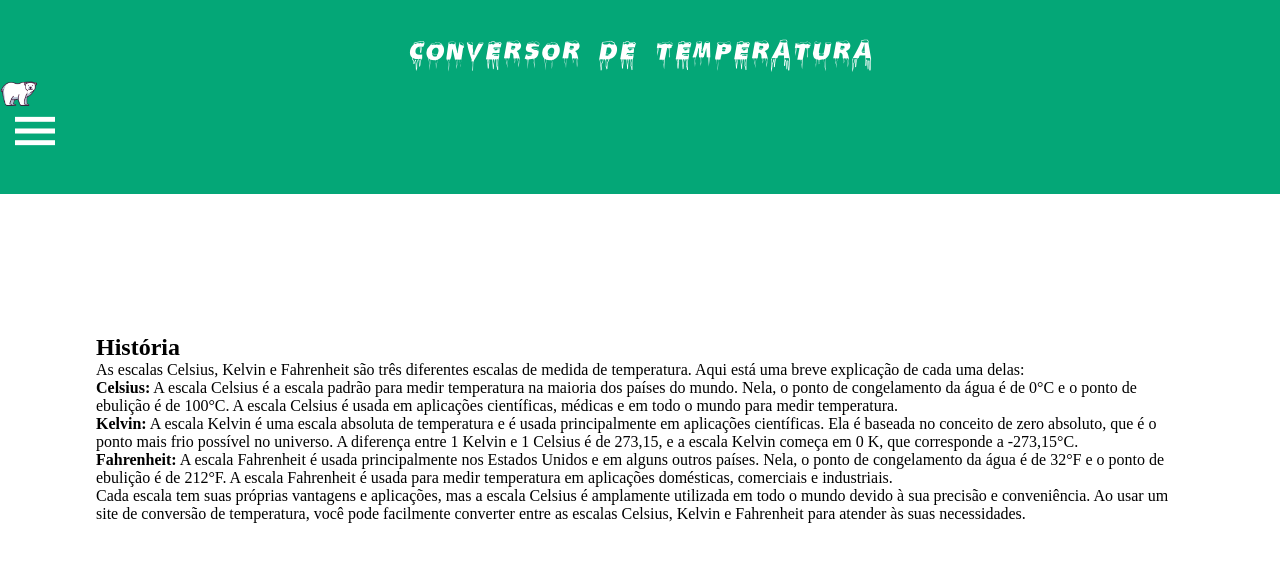
Repository: Leonngc/Conversor-de-temperatura
Page: history.html
The author's editor kept a copy of each file at every save. The page is drawn from the files as they stood at one save, then again after the next save.
The browser window is 1280 px wide. The pictures show the whole page.
Some web libraries are served in a nearby version.

Above is the page before, as saved 2023-02-12 00:49:53.

### history.html
<!DOCTYPE html>
<html lang="pt-br">
  <head>
    <meta charset="UTF-8" />
    <meta http-equiv="X-UA-Compatible" content="IE=edge" />
    <meta name="viewport" content="width=device-width, initial-scale=1.0" />
    <link
      rel="stylesheet"
      href="https://cdn-uicons.flaticon.com/uicons-bold-straight/css/uicons-bold-straight.css"
    />
    <link
      rel="stylesheet"
      href="https://cdn-uicons.flaticon.com/uicons-brands/css/uicons-brands.css"
    />
    <link rel="stylesheet" href="history.css" />
    <script src="scripts/menu.js" defer></script>
    <title>História</title>
  </head>
  <body>
    <header>
      <h1>Conversor de Temperatura</h1>
      <img src="image/urso-polar.png" alt="" /><button id="menu-button">
        <i class="fi fi-bs-menu-burger"></i>
      </button>

      <menu>
        <ul id="links-menu">
          <li><a href="about.html">Sobre a página</a></li>
          <li><a href="history.html">História</a></li>
          <li><a href="projects.html">Outros Projetos</a></li>
        </ul>
      </menu>
    </header>
    <main>
      <h2>História</h2>
      <article>
        <p>
          As escalas Celsius, Kelvin e Fahrenheit são três diferentes escalas de
          medida de temperatura. Aqui está uma breve explicação de cada uma
          delas:
        </p>

        <p>
          <strong>Celsius:</strong> A escala Celsius é a escala padrão para
          medir temperatura na maioria dos países do mundo. Nela, o ponto de
          congelamento da água é de 0°C e o ponto de ebulição é de 100°C. A
          escala Celsius é usada em aplicações científicas, médicas e em todo o
          mundo para medir temperatura.
        </p>

        <p>
          <strong>Kelvin:</strong> A escala Kelvin é uma escala absoluta de
          temperatura e é usada principalmente em aplicações científicas. Ela é
          baseada no conceito de zero absoluto, que é o ponto mais frio possível
          no universo. A diferença entre 1 Kelvin e 1 Celsius é de 273,15, e a
          escala Kelvin começa em 0 K, que corresponde a -273,15°C.
        </p>
        <p>
          <strong>Fahrenheit:</strong> A escala Fahrenheit é usada
          principalmente nos Estados Unidos e em alguns outros países. Nela, o
          ponto de congelamento da água é de 32°F e o ponto de ebulição é de
          212°F. A escala Fahrenheit é usada para medir temperatura em
          aplicações domésticas, comerciais e industriais.
        </p>
        <p>
          Cada escala tem suas próprias vantagens e aplicações, mas a escala
          Celsius é amplamente utilizada em todo o mundo devido à sua precisão e
          conveniência. Ao usar um site de conversão de temperatura, você pode
          facilmente converter entre as escalas Celsius, Kelvin e Fahrenheit
          para atender às suas necessidades.
        </p>
      </article>
    </main>
  </body>
</html>

### history.css
@charset "UTF-8";
@import url('https://fonts.googleapis.com/css2?family= Dosis:wght@300 & display = swap');
@font-face {
    font-family: Title;
    src: url(fonts/IceCaps.ttf);
}

:root{
    --yellow: #F7FF58;
    --snow: #FBFBFF;
    --blackout: #040F16;
    --dosis: 'Dosis', sans-serif;
}

*{
    margin: 0;
    padding: 0;
    box-sizing: border-box;
}

header{
    background-color: #04A777;
    margin-bottom: 140px;
    max-width: 100vw;
    color: white;
    height: 27vh;
}

header > img{
    display: block;
    width: 38px;
}

header > h1{
    font-family: Title, sans-serif;
    font-weight: lighter;
    text-align: center;
    font-size: 35px;
    padding-top: 40px;
}

menu{
    background-color: #05C78D;
    padding: 10px;
    max-width: 100vw;
    display: none;
}

menu > ul{
    margin-left: 20px;
    font-size: 20px;
    font-family: var(--dosis);
    font-weight: bold;
    color: white;
}

menu > ul > li{
    padding: 5px;
}

li > a{
    text-decoration: none;
    color: #FBFBFF;
}

li > a:hover{
    color: #03583e;
    text-decoration: underline;
}

#menu-button{
    background-color: #03583e00;
    border: none;
    color: white;
    font-size: 40px;
    margin-left: 15px;
    margin-bottom: 12px;
}

main{
    margin: auto;
    width: 85vw;
}

### scripts/menu.js
const menu = document.getElementById('menu-button');
const linkMenu = document.querySelector('menu')


menu.addEventListener('click', event =>{


    if(linkMenu.style.display =='none'){
        linkMenu.style.display = 'block'
    }else{
           linkMenu.style.display = 'none';
    }
})

After the next save:
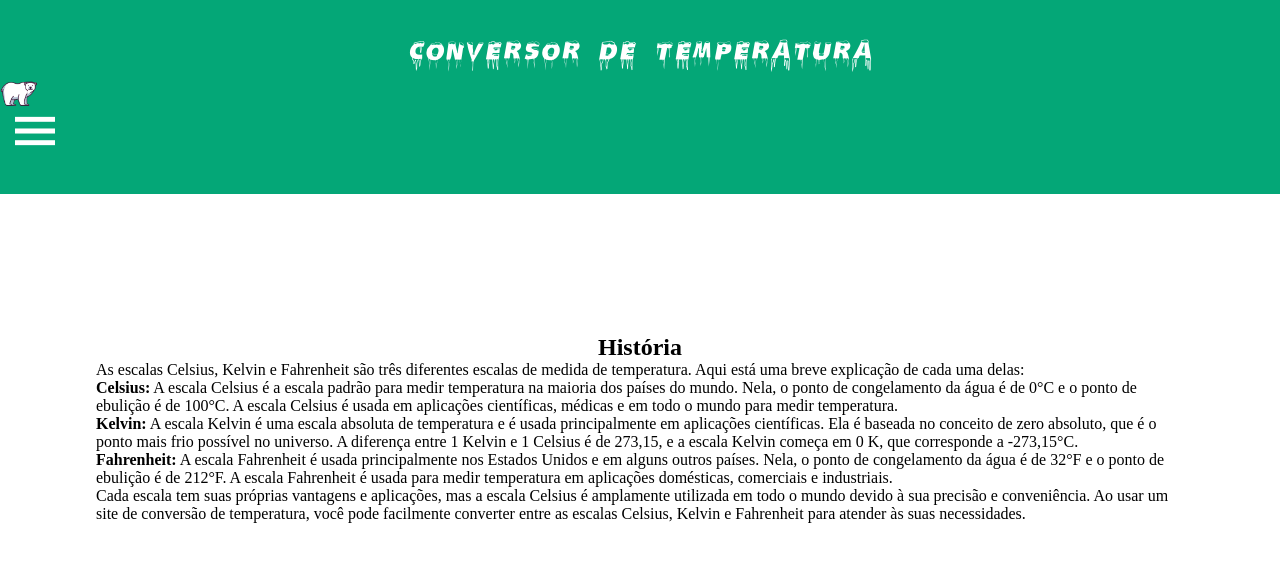
Saved 12 s later.
--- a/history.css
+++ b/history.css
@@ -81,3 +81,7 @@ main{
     margin: auto;
     width: 85vw;
 }
+
+main > h2{
+    text-align: center;
+}
